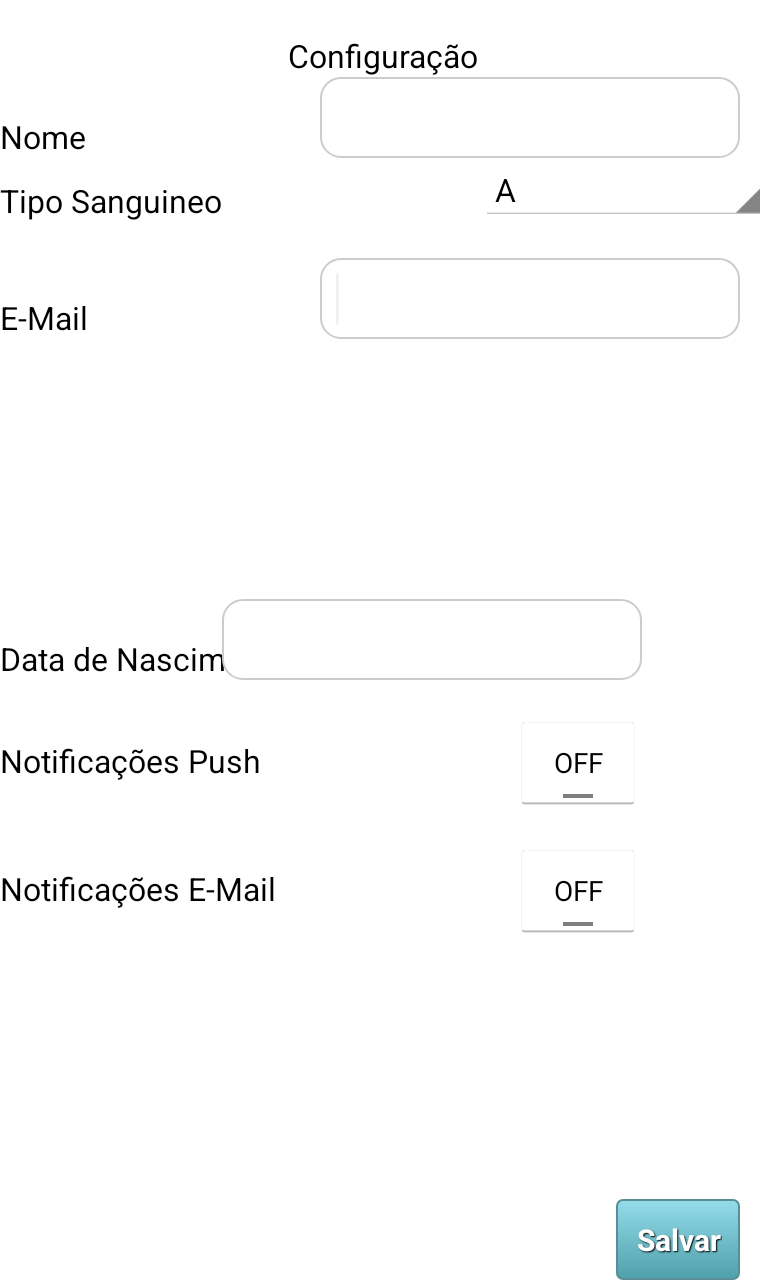
Repository: RafaDeschain/DoarSP
Layout: doarSP/res/layout/fragment_alterardados.xml
The author's editor kept a copy of each file at every save. The layout is drawn from the files as they stood at one save, then again after the next save.
It is drawn on a 768 x 1280 px phone screen (xhdpi) without system bars, with theme AppTheme; the app's code is not run.

Above is the layout before, as saved 2014-04-21 14:12:44.

### doarSP/res/layout/fragment_alterardados.xml
<?xml version="1.0" encoding="utf-8"?>
<RelativeLayout xmlns:android="http://schemas.android.com/apk/res/android"
    android:layout_width="match_parent"
    android:layout_height="match_parent">

    <TextView
        android:id="@+id/textView1"
        android:layout_width="wrap_content"
        android:layout_height="wrap_content"
        android:layout_alignParentTop="true"
        android:layout_centerHorizontal="true"
        android:layout_marginTop="17dp"
        android:text="@string/configuracao" />

    <EditText
        android:id="@+id/editText1"
        android:layout_width="wrap_content"
        android:layout_height="wrap_content"
        android:layout_alignParentRight="true"
        android:layout_below="@+id/textView1"
        android:layout_marginRight="14dp"
        android:ems="10"
        android:inputType="textPersonName" />

    <TextView
        android:id="@+id/textView2"
        android:layout_width="wrap_content"
        android:layout_height="wrap_content"
        android:layout_alignBottom="@+id/editText1"
        android:layout_alignParentLeft="true"
        android:text="@string/nome" />

    <TextView
        android:id="@+id/textView3"
        android:layout_width="wrap_content"
        android:layout_height="wrap_content"
        android:layout_above="@+id/editText1"
        android:layout_alignParentLeft="true"
        android:layout_below="@+id/textView1"
        android:text="TextView" />

    <Spinner
        android:id="@+id/spinner1"
        android:layout_width="wrap_content"
        android:layout_height="wrap_content"
        android:layout_alignParentRight="true"
        android:layout_below="@+id/editText1"
        android:layout_toRightOf="@+id/textView1"
        android:entries="@array/tipos_Sanguineos"
        android:prompt="@string/sangue_prompt" />

    <TextView
        android:id="@+id/textView4"
        android:layout_width="wrap_content"
        android:layout_height="wrap_content"
        android:layout_alignBottom="@+id/spinner1"
        android:layout_alignParentLeft="true"
        android:text="@string/tpSanguineo" />

    <EditText
        android:id="@+id/editText2"
        android:layout_width="wrap_content"
        android:layout_height="wrap_content"
        android:layout_alignRight="@+id/editText1"
        android:layout_below="@+id/spinner1"
        android:layout_marginTop="18dp"
        android:ems="10"
        android:inputType="textEmailAddress" >

        <requestFocus />
    </EditText>

    <TextView
        android:id="@+id/textView5"
        android:layout_width="wrap_content"
        android:layout_height="wrap_content"
        android:layout_alignBottom="@+id/editText2"
        android:layout_alignParentLeft="true"
        android:text="@string/email" />

    <TextView
        android:id="@+id/textView6"
        android:layout_width="wrap_content"
        android:layout_height="wrap_content"
        android:layout_alignBottom="@+id/editText3"
        android:layout_alignParentLeft="true"
        android:text="@string/dataNascimento" />

    <ToggleButton
        android:id="@+id/toggleButton1"
        android:layout_width="wrap_content"
        android:layout_height="wrap_content"
        android:layout_alignRight="@+id/editText3"
        android:layout_below="@+id/editText3"
        android:layout_marginTop="17dp"
        android:text="ToggleButton" />

    <TextView
        android:id="@+id/textView7"
        android:layout_width="wrap_content"
        android:layout_height="wrap_content"
        android:layout_alignBaseline="@+id/toggleButton1"
        android:layout_alignBottom="@+id/toggleButton1"
        android:layout_alignParentLeft="true"
        android:text="@string/notificacoesPush" />

    <ToggleButton
        android:id="@+id/toggleButton2"
        android:layout_width="wrap_content"
        android:layout_height="wrap_content"
        android:layout_alignRight="@+id/toggleButton1"
        android:layout_below="@+id/toggleButton1"
        android:layout_marginTop="16dp"
        android:text="ToggleButton" />

    <TextView
        android:id="@+id/textView8"
        android:layout_width="wrap_content"
        android:layout_height="wrap_content"
        android:layout_alignBaseline="@+id/toggleButton2"
        android:layout_alignBottom="@+id/toggleButton2"
        android:layout_alignParentLeft="true"
        android:text="@string/NotificaoesEmail" />

    <EditText
        android:id="@+id/editText3"
        android:layout_width="wrap_content"
        android:layout_height="wrap_content"
        android:layout_centerVertical="true"
        android:layout_toRightOf="@+id/textView4"
        android:ems="10"
        android:inputType="date" />

    <Button
        android:id="@+id/button1"
        android:layout_width="wrap_content"
        android:layout_height="wrap_content"
        android:layout_alignParentBottom="true"
        android:layout_alignRight="@+id/editText2"
        android:text="@string/salvar" />

</RelativeLayout>

### doarSP/res/drawable/styles_listview.xml
<?xml version="1.0" encoding="utf-8"?>
<shape xmlns:android="http://schemas.android.com/apk/res/android" >

    <corners android:radius="2dp" />
    <stroke
        android:width="1dp"
        android:color="#cccccc" />
    <solid
        android:color="#FFFFFF"/>
</shape>

### doarSP/res/drawable/styles_edit_text.xml
<?xml version="1.0" encoding="utf-8"?>
<shape xmlns:android="http://schemas.android.com/apk/res/android" >

    <corners android:radius="10dp" />
    <stroke
        android:width="1dp"
        android:color="#cccccc" />
    <solid
        android:color="#FFFFFF"/>
</shape>

### doarSP/res/drawable/button_custom.xml
<?xml version="1.0" encoding="utf-8"?>
<selector xmlns:android="http://schemas.android.com/apk/res/android" >
    <item android:state_pressed="true">
        <shape android:shape="rectangle">
            <corners android:radius="3dip" />
            <stroke android:width="1dip" android:color="#598e96" />
            <gradient android:angle="-90" android:endColor="#7fbac6" android:startColor="#27646c"/>
        </shape>
    </item>
	<item android:state_focused="true">
	    <shape android:shape="rectangle">
	        <corners android:radius="3dip" />
	        <stroke android:width="1dip" android:color="#598e96"/>
	        <solid android:color="#4ea0ab"/>
	    </shape>
	</item>
	<item>
	    <shape android:shape="rectangle">
	        <corners android:radius="3dip" />
	        <stroke android:width="1dip" android:color="#598e96"/>
	        <gradient android:angle="-90" android:endColor="#4ea0ab" android:startColor="#94dcea"/>
	    </shape>
	</item>
</selector>

### doarSP/res/values/strings.xml
<?xml version="1.0" encoding="utf-8"?>
<resources>

    <string name="app_name">doarSP</string>
    <string name="action_settings">Settings</string>
    <string name="version">Beta</string>
	<string name="aboutMe">Aplicação desenvolvida como trabalho de conclusão da Universidade São Judas Tadeu.\nDisponibilizado gratuitamente para uso com o intuito de ajudar as pessoas.\nPossivelmente se houver adesão a ferramenta adicionaremos novas cidades de acordo com a demanda e tempo.</string>
	<string name="signature">Atenciosamente,\nGrupo Nothing Else Matters.</string>
    <string name="dedicatoria">Dedico a uma pessoa muito especial pra mim, sigo seu exemplo em tentar ser uma boa pessoa e fazer bem, te admiro muito Luh, você significa muito pra mim!\nObrigado por ter entrado na minha vida </string>
    <string name="configuracao">Configuração</string>
    <string name="sangue_prompt">Escolha um Tipo Sanguineo</string>
    <string name="nome">Nome</string>
    <string name="tpSanguineo">Tipo Sanguineo</string>
    <string name="email">E-Mail</string>
    <string name="dataNascimento">Data de Nascimento</string>
    <string name="notificacoesPush">Notificações Push</string>
    <string name="NotificaoesEmail">Notificações E-Mail</string>
    <string name="salvar">Salvar</string>

<string name="drawer_open">Slider Menu Opened</string>
    <string name="drawer_close">Slider Menu Closed</string>

    <!-- Nav Drawer Menu Items -->
    <string-array name="nav_drawer_items">
        <item >Principal</item>
        <item >Buscar Doação</item>
        <item >Abrir Solicitação</item>
        <item >Mural</item>
        <item >Buscar Hemocentro</item>
        <item >Informações</item>
        <item >Alterar Dados</item>
    </string-array>

    <!-- Nav Drawer List Item Icons -->
    <!-- Keep them in order as the titles are in -->
    <array name="nav_drawer_icons">
        <item>@drawable/ic_home</item>
        <item>@drawable/ic_people</item>
        <item>@drawable/ic_photos</item>
        <item>@drawable/ic_communities</item>
        <item>@drawable/ic_pages</item>
        <item>@drawable/ic_whats_hot</item>
        <item>@drawable/ic_whats_hot</item>
    </array>

    <!-- Content Description -->
    <string name="desc_list_item_icon">Item Icon</string>

    <string-array name="tipos_Sanguineos">
        <item>A</item>
        <item>A-</item>
        <item>B</item>
        <item>B-</item>
        <item>AB</item>
        <item>AB-</item>
        <item>O</item>
        <item>O-</item>
    </string-array>

</resources>

Loaded but not shown: doarSP/res/values/styles.xml (common file); doarSP/res/values-v11/styles.xml (common file); doarSP/res/values-v14/styles.xml (common file)

After the next save:
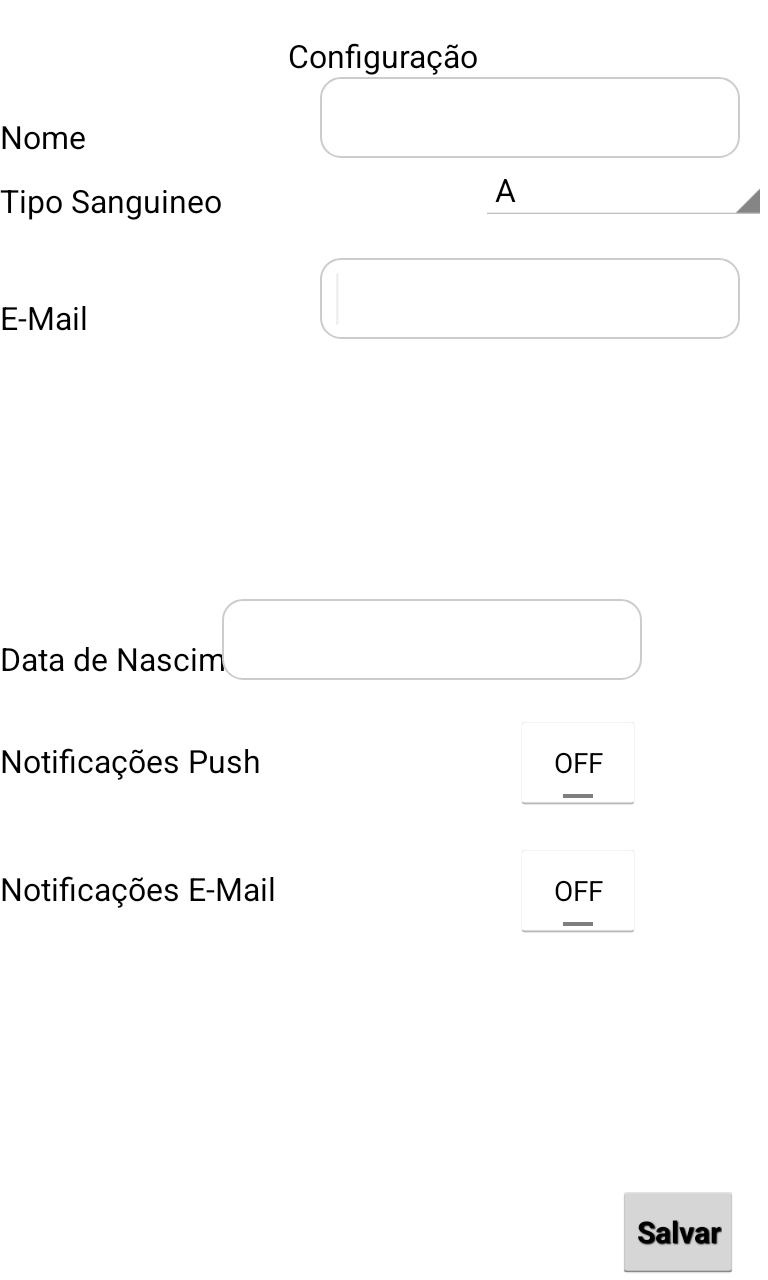
Saved 38 s later.
--- a/doarSP/res/layout/fragment_alterardados.xml
+++ b/doarSP/res/layout/fragment_alterardados.xml
@@ -133,6 +133,7 @@
 
     <Button
         android:id="@+id/button1"
+        style="?android:attr/buttonStyleSmall"
         android:layout_width="wrap_content"
         android:layout_height="wrap_content"
         android:layout_alignParentBottom="true"
